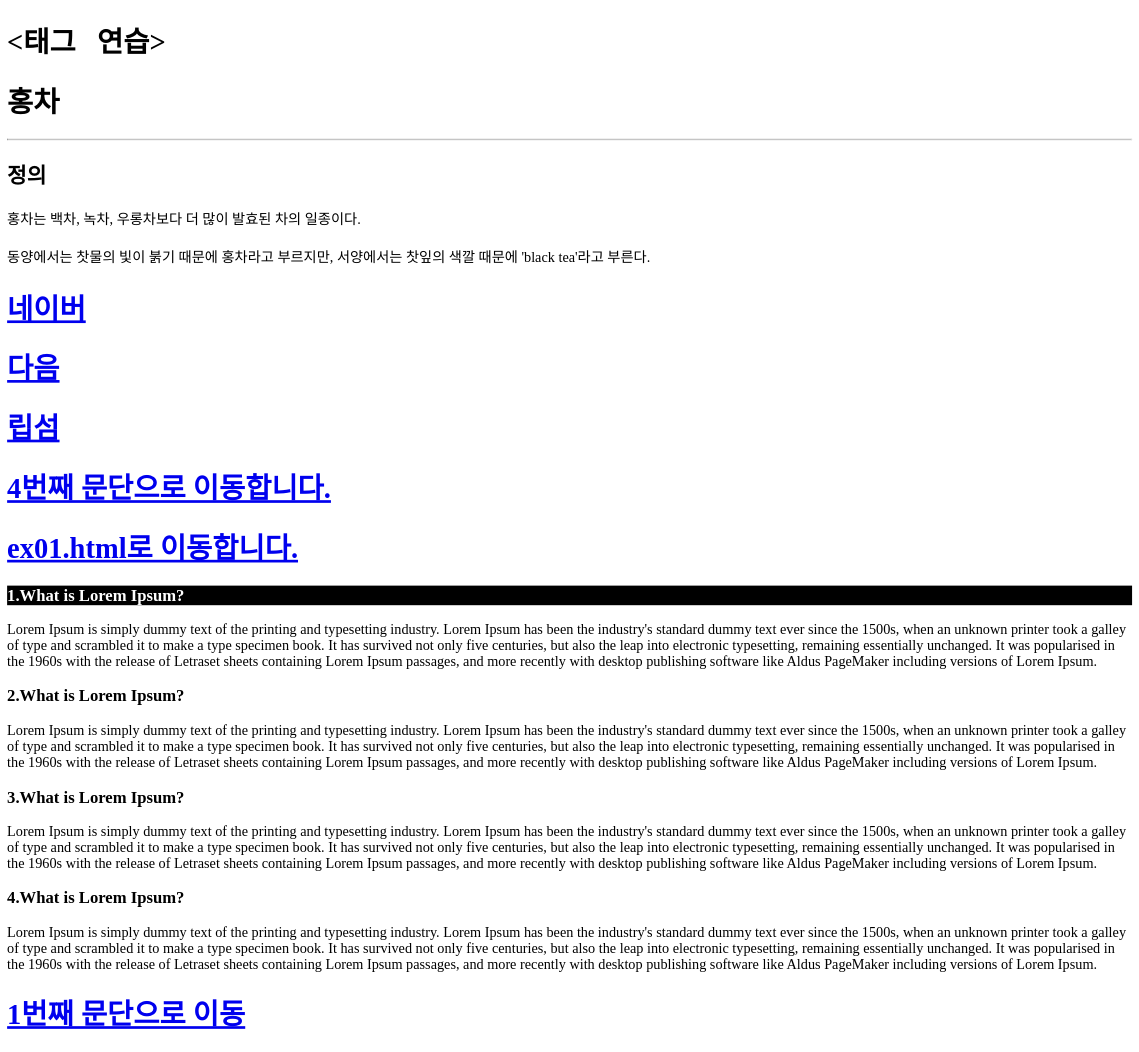
Repository: blinggg/html_git
Page: 0406/ex0406/WebContent/ex03.html
The author's editor kept a copy of each file at every save. The page is drawn from the files as they stood at one save, then again after the next save.
The browser window is 1280 px wide. The pictures show the whole page, at 89% of full size.

Above is the page before, as saved 2020-04-06 02:22:52.

After the next save:
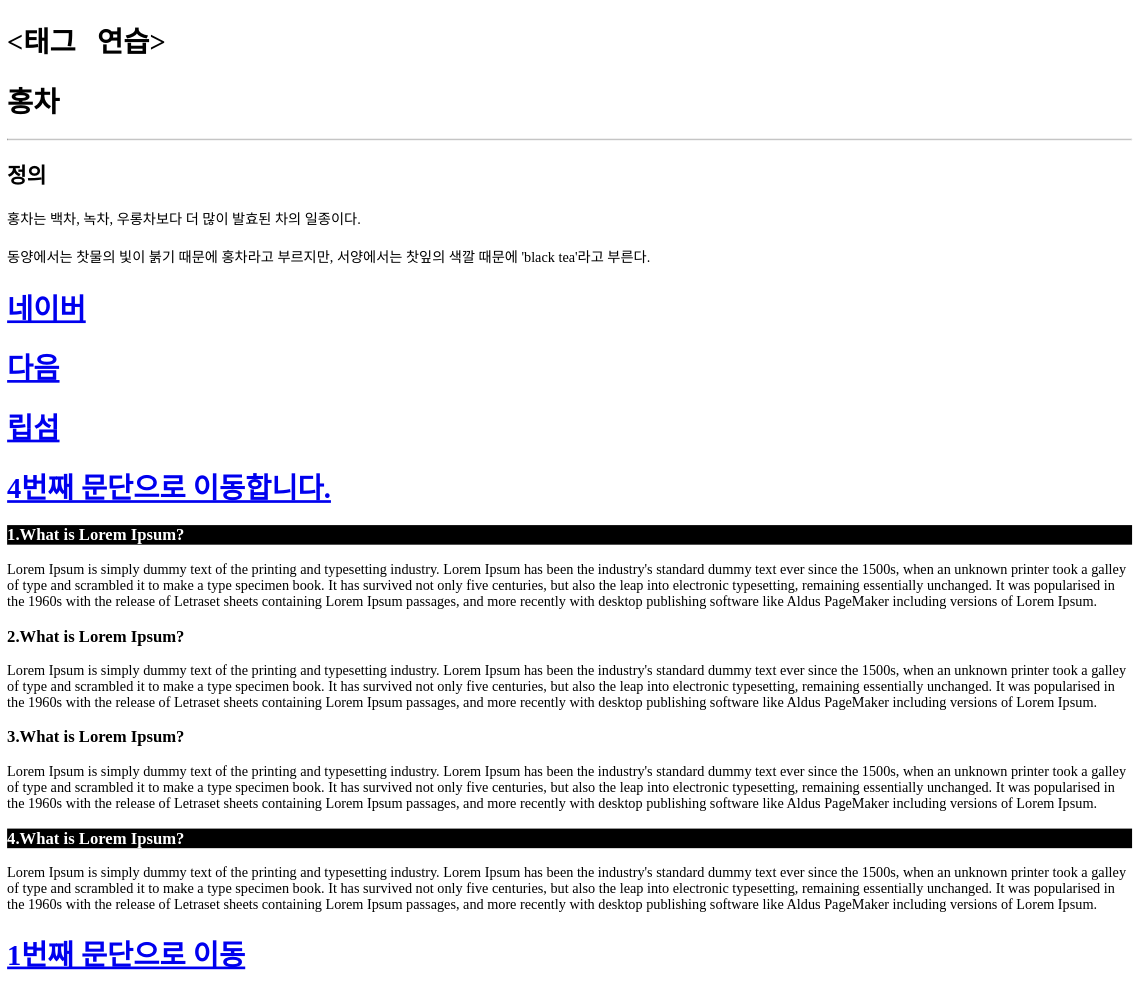
Saved 33 s later.
--- a/0406/ex0406/WebContent/ex03.html
+++ b/0406/ex0406/WebContent/ex03.html
@@ -4,7 +4,7 @@
 <meta charset="UTF-8">
 <title>연습3</title>
 <style>
-	#p1 {background:black;color:white;}
+	#p1, #p4 {background:black;color:white;}
 </style>
 </head>
 <body>
@@ -20,7 +20,7 @@
 	<h1><a href="http://daum.net">다음</a></h1>
 	<h1><a href="http://lipsum.com">립섬</a></h1>
 	<h1><a href="#p4">4번째 문단으로 이동합니다.</a></h1>
-	<h1><a href="ex01.html">ex01.html로 이동합니다.</a></h1>
+
 
 		<h3 id="p1">1.What is Lorem Ipsum?</h3>
 	<p>
